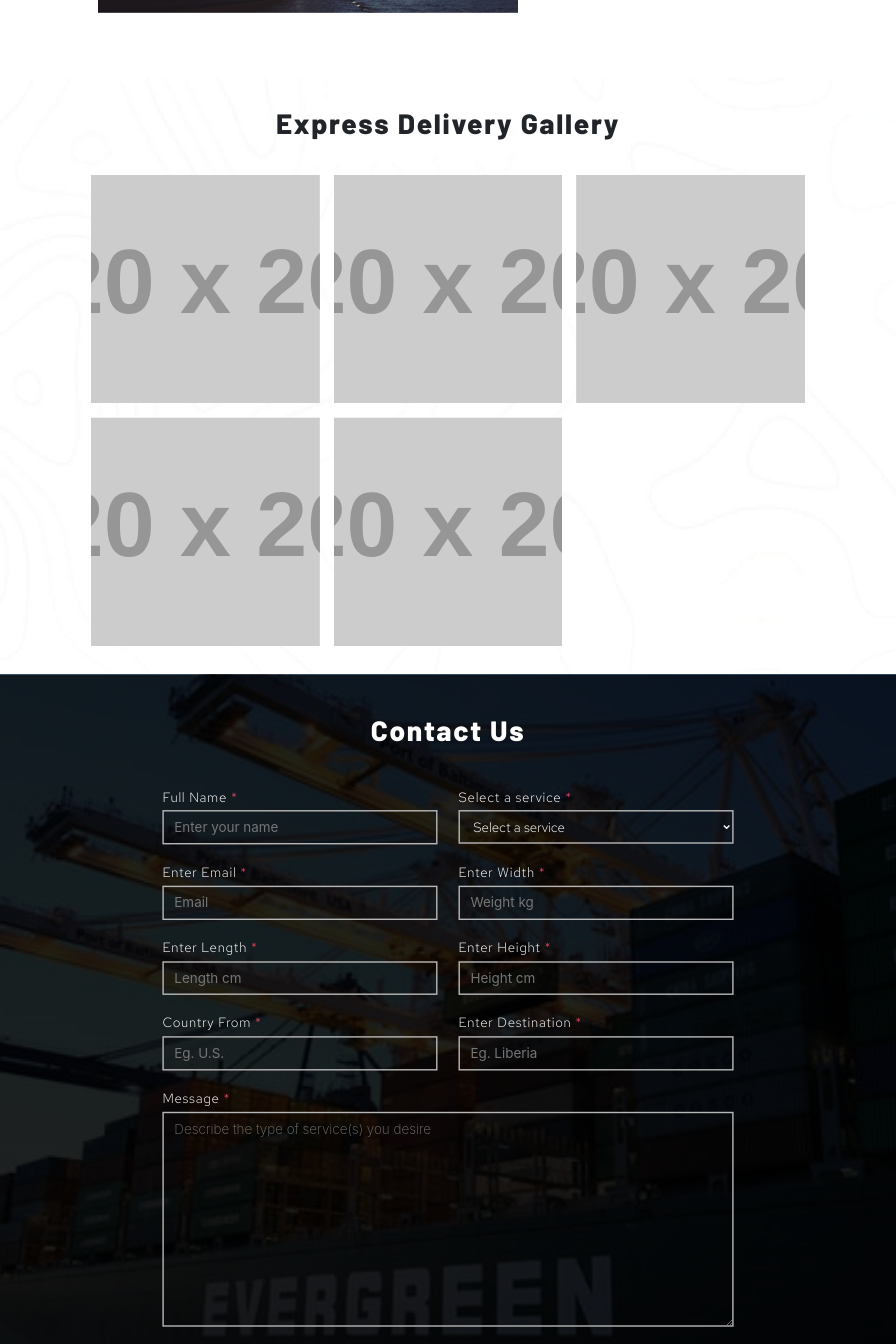
Repository: just-mann/express-delivery
Page: index.html
An editor plug-in stored every save of this project. The page is shown before and after the next save, followed by the edit.
The browser window is 1280 px wide. The pictures show the part of the page from y = 2665 to 4585 px (the page is 5535 px tall before and 4841 px after), at 70% of full size.
Some web libraries are served in a nearby version. The style sheet was rebuilt from its Sass, Less or Tailwind sources for each picture, by a compiler version that may differ from the author's.

Above is the page before, as saved 2021-07-08 01:20:38.

After the next save:
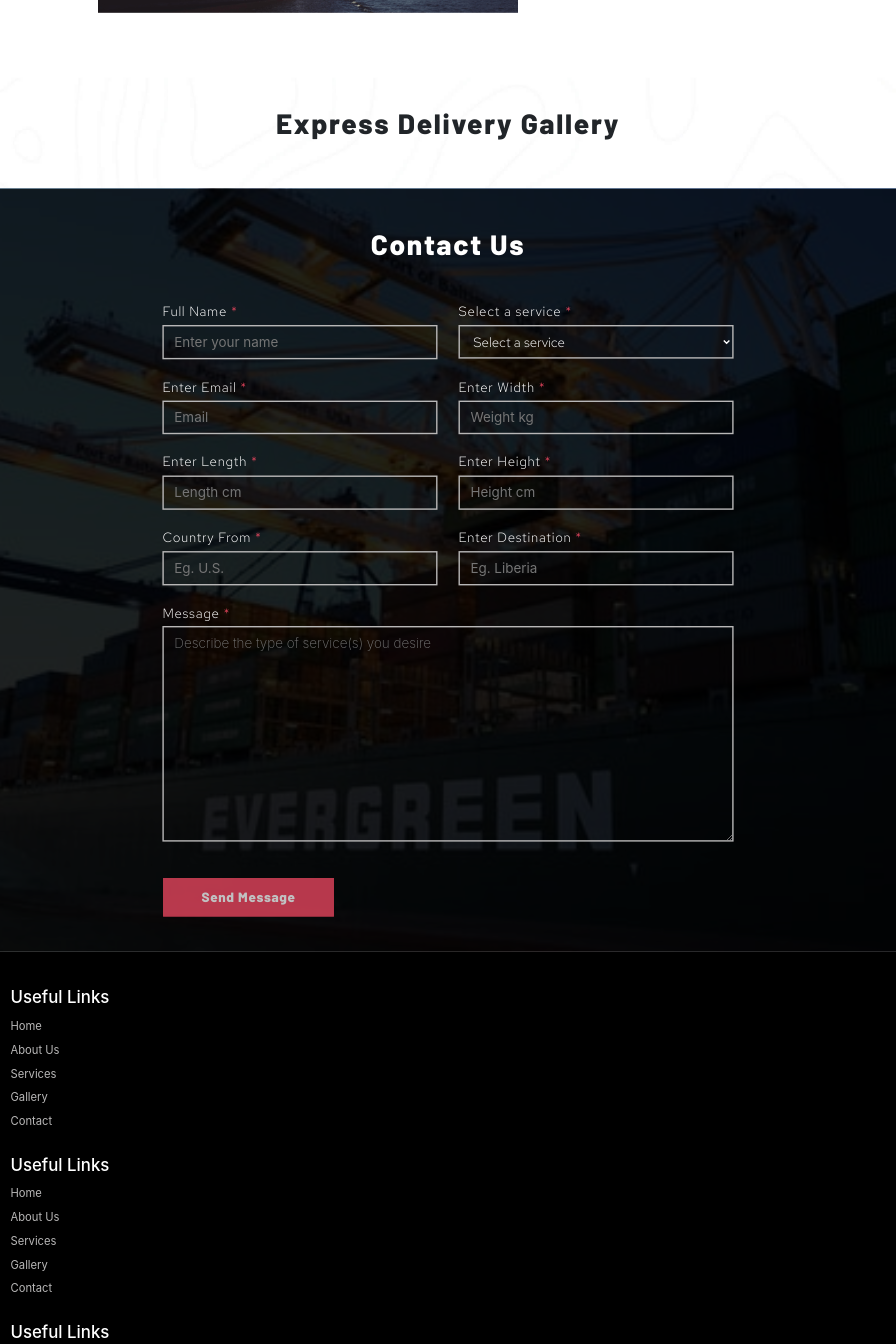
Saved 81 s later.
--- a/index.html
+++ b/index.html
@@ -140,36 +140,7 @@
         <section class="gallery" id="gallery">
             <h3>Express Delivery Gallery</h3>
             <div class="gallery__div">
-                <li class="firstGrid">
-                    <div class="over__lay">
-                        <h3>Overlay</h3>
-                    </div>
-                    <img src="https://placehold.co/20x20">
-                </li>
-                <li class="">
-                    <div class="over__lay">
-                        <h3>Overlay</h3>
-                    </div>
-                    <img src="https://placehold.co/20x20">
-                </li>
-                <li class="">
-                    <div class="over__lay">
-                        <h3>Overlay</h3>
-                    </div>
-                    <img src="https://placehold.co/20x20">
-                </li>
-                <li class="">
-                    <div class="over__lay">
-                        <h3>Overlay</h3>
-                    </div>
-                    <img src="https://placehold.co/20x20">
-                </li>
-                <li class="">
-                    <div class="over__lay">
-                        <h3>Overlay</h3>
-                    </div>
-                    <img src="https://placehold.co/20x20">
-                </li>
+
             </div>
         </section>
         <section class="contact" id="contact-us">
